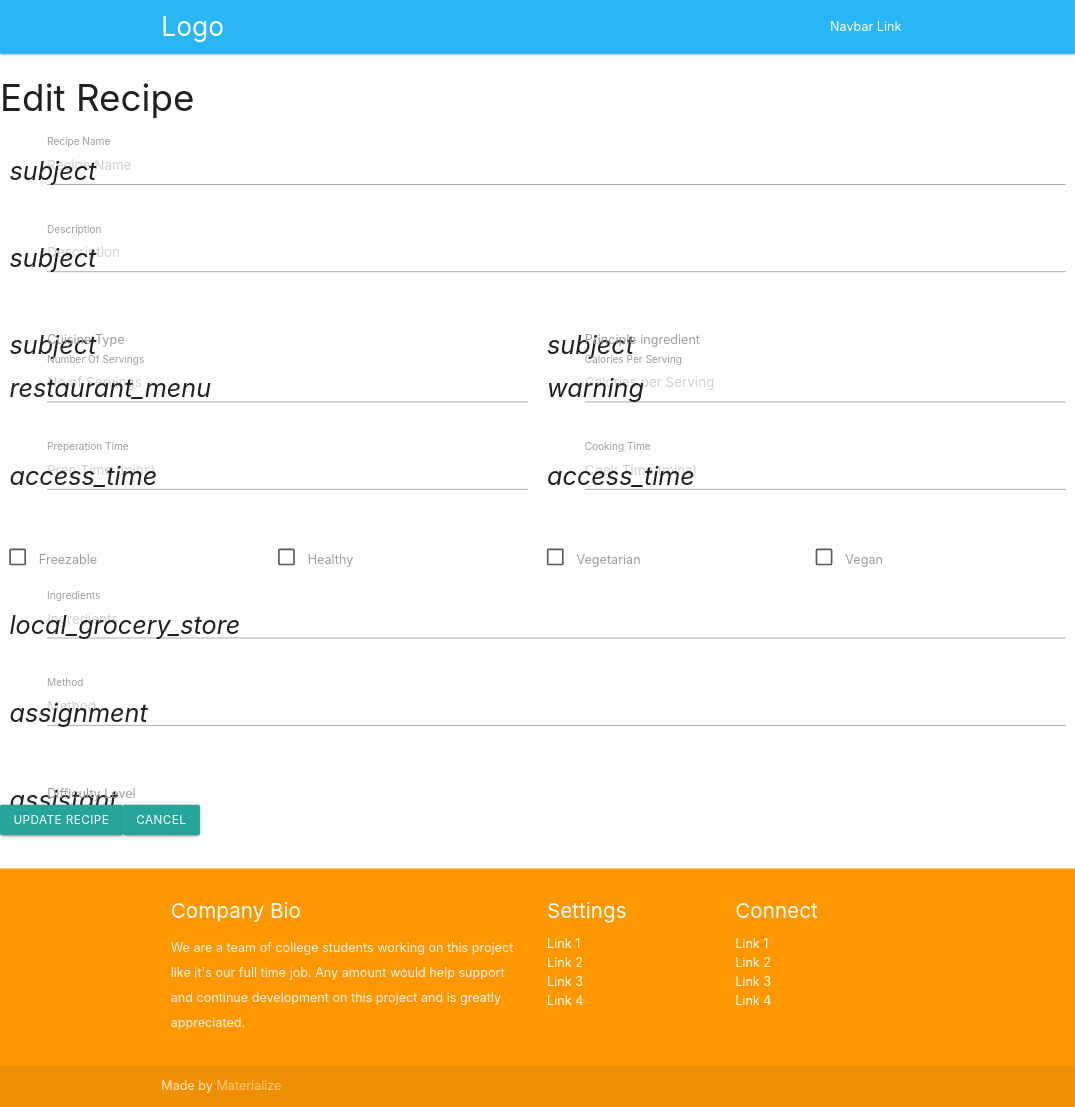
Repository: keefm6776/cookery-website
Page: templates/edit_recipe.html
The author's editor kept a record of every edit. The page is drawn from the files as they stood at one moment, then again after the next edit.
The browser window is 1280 px wide. The pictures show the whole page, at 84% of full size.
The page is served by the project's application, run on Flask 3 (app.py). The template is opened directly, without the code that normally fills it, so the values that code supplies are empty.

Above is the page before.
Console error: ReferenceError: $ is not defined

After the next edit:
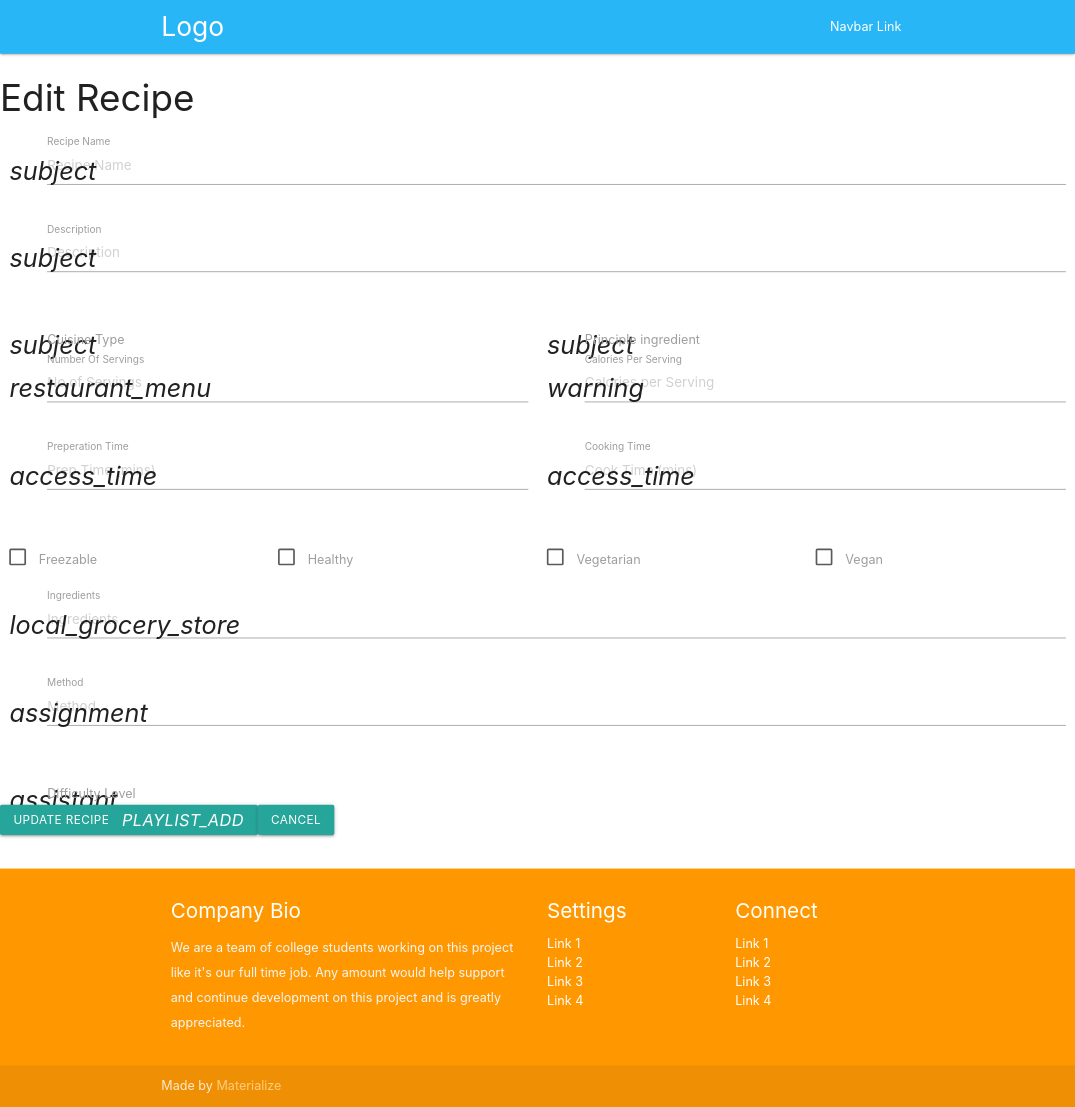
The edit:
--- a/templates/edit_recipe.html
+++ b/templates/edit_recipe.html
@@ -185,7 +185,7 @@
         </div>
         <!-- Row -->
         <div class="row">
-            <button class="btn waves-effect waves-light" type="submit" name="action">Update Recipe
+            <button class="btn waves-effect waves-light" type="submit" name="action">Update Recipe <i class="material-icons right">playlist_add</i>
             <button class="btn waves-effect waves-light" type="submit" name="action">Cancel
 
       </button>
